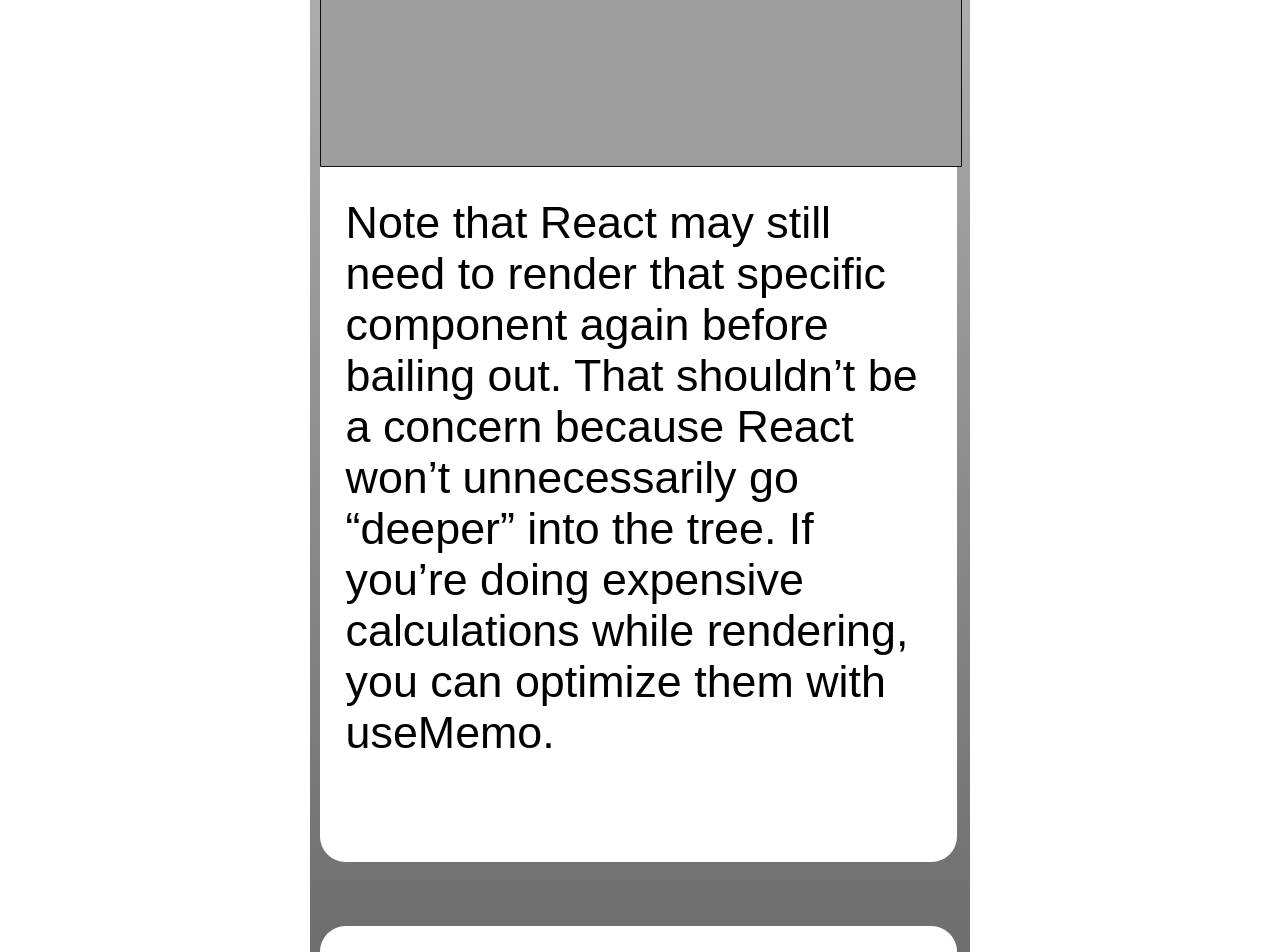
Repository: Farbod29/React-text-highlighter-with-hook-
Page: /
These files come from the project's save history. The page is drawn as it stood at one moment and after the next save; the edit follows.
The browser window is 1280 px wide. The pictures show the part of the page from y = 549 to 1501 px (the page is 2472 px tall).
Pictures or frames that could not be fetched are drawn as grey boxes. The project was rebuilt for these pictures with package versions that can differ from the ones it lists, and the page was loaded fresh each time.

Above is the page before, as saved 2022-02-21 15:01:37.

After the next save:
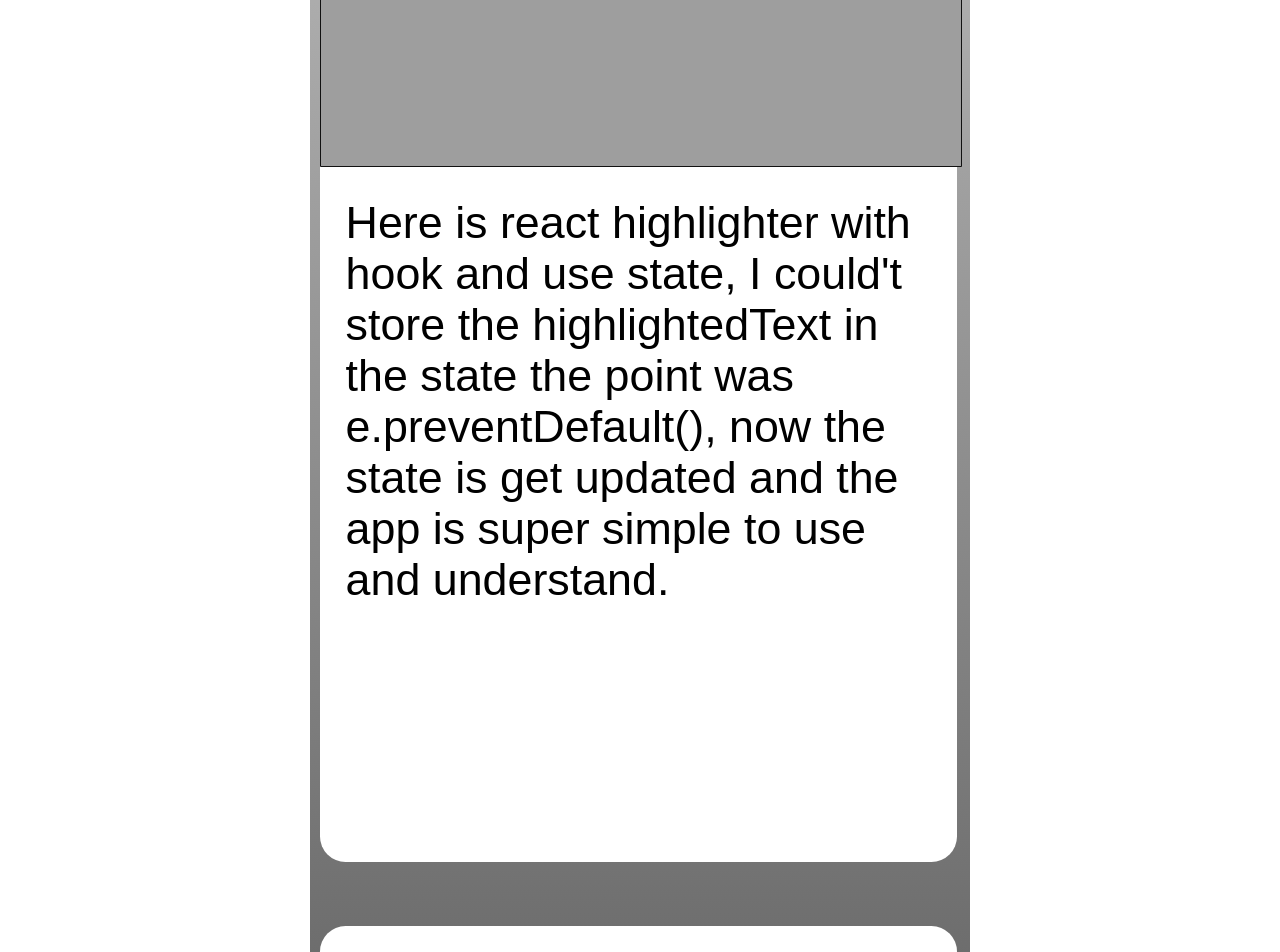
Saved 3 min 21 s later.
--- a/src/highlighter.js
+++ b/src/highlighter.js
@@ -43,11 +43,10 @@ export default function Highlighter() {
             src="https://pfrias.couragecompanion.eu/storage/m/_v2/213604778138275840/4f8b684e5-e9314a/vlyvkRQwb3ew/u8hVvH5l5IFvha9MQyXCzPOYLo2SXG3bqIpv6vBg.png"
           ></img>
           <div className="margin-top-zero txt">
-            Note that React may still need to render that specific component
-            again before bailing out. That shouldn’t be a concern because React
-            won’t unnecessarily go “deeper” into the tree. If you’re doing
-            expensive calculations while rendering, you can optimize them with
-            useMemo.
+            Here is react highlighter with hook and use state, I could't store
+            the highlightedText in the state the point was e.preventDefault(),
+            now the state is get updated and the app is super simple to use and
+            understand.
           </div>
           <div className="txt">{highlightedText}</div>
           <div // parent of button
